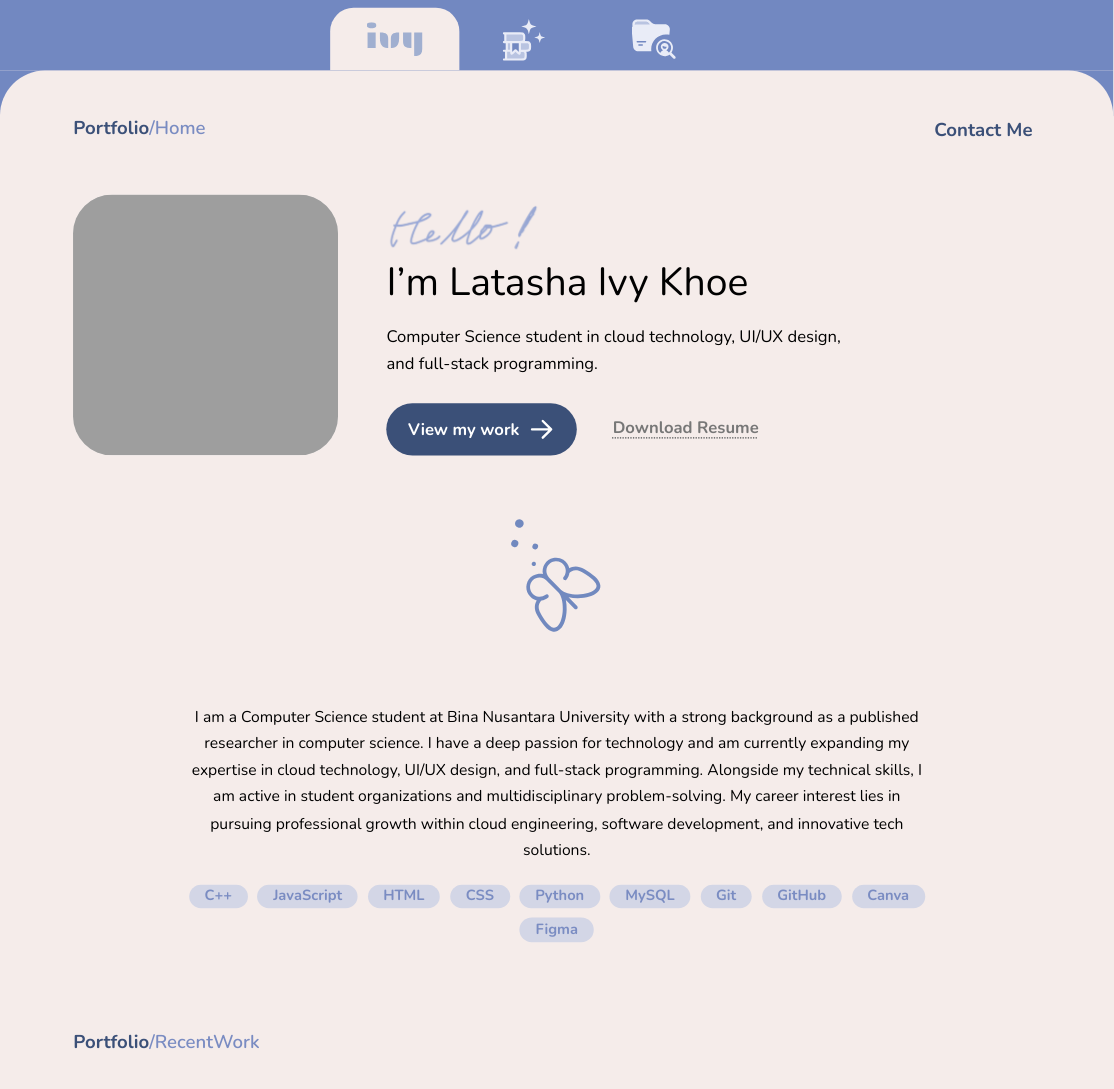
Repository: L-vy/L-vy
Page: /
These files come from the project's save history. The page is drawn as it stood at one moment and after the next save; the edit follows.
The browser window is 1280 px wide. The pictures show the part of the page from y = 0 to 1252 px (the page is 3146 px tall before and 3266 px after), at 87% of full size.
Pictures or frames that could not be fetched are drawn as grey boxes. Some web fonts or font styles are not loaded; a fallback is used. The project was rebuilt for these pictures with package versions that can differ from the ones it lists, and the page was loaded fresh each time. Also part of the build but not shown: vite.config.ts, src/components/ExperienceBinder.tsx, src/components/FolderCard.tsx, src/components/ProjectSidebar.tsx, src/pages/ProjectDetails.tsx.

Above is the page before, as saved 2026-10-07 21:09:48.

### index.html
<!doctype html>
<html lang="en">
  <head>
    <meta charset="UTF-8" />
    <meta name="viewport" content="width=device-width, initial-scale=1.0" />
    <meta name="description" content="Portfolio of Latasha Ivy Khoe, Computer Science student specializing in Cloud Technology, UI/UX design and full-stack development." />
    <meta name="theme-color" content="#7288c1" />
    <link rel="icon" href="/images/ivy-logo.svg" />
    <link rel="preconnect" href="https://fonts.googleapis.com" />
    <link rel="preconnect" href="https://fonts.gstatic.com" crossorigin />
    <link href="https://fonts.googleapis.com/css2?family=Nunito:ital,wght@0,400;0,600;0,700;0,800;1,400&family=Playwrite+US+Modern:wght@100..400&display=swap" rel="stylesheet" />
    <title>Latasha Ivy Khoe | Portfolio</title>
  </head>
  <body>
    <div id="root"></div>
    <script type="module" src="/src/main.tsx"></script>
  </body>
</html>

### src/main.tsx
import { StrictMode } from 'react'
import { createRoot } from 'react-dom/client'
import App from './App'
import './styles.css'
createRoot(document.getElementById('root')!).render(<StrictMode><App /></StrictMode>)

### src/App.tsx
import { BrowserRouter, Route, Routes } from 'react-router-dom'
import Home from './pages/Home'
import ProjectDetails from './pages/ProjectDetails'
import CursorCircle from './components/CursorCircle'
export default function App() {
  return (
    <BrowserRouter>
      <CursorCircle />
      <Routes>
        <Route path="/" element={<Home />} />
        <Route path="/recentworks/:id" element={<ProjectDetails />} />
        <Route path="*" element={<Home />} />
      </Routes>
    </BrowserRouter>
  )
}

### src/styles.css
/* Sizes are authored at design scale (16px = 1rem) and rendered at 75% via html{font-size:75%}. */
:root{--blue:#7288c1;--cream:#f5ecea;--ink:#3b5078;--peri:#7a8cc2;--light:#a9b5e0;--bar:#9fadd1;--pill:#d3d6e6;--panel:#d1d4e3;--ph:#d9d9d9;--txt:#000;--gut:max(3.5rem,calc((100% - 68.75rem)/2 + 3.5rem));color-scheme:light}
html{font-size:75%}
*{box-sizing:border-box}
body{margin:0;background:var(--cream);color:var(--txt);font-family:'Nunito',system-ui,sans-serif;line-height:1.4}
h1,h2,h3,p,ul{margin:0}
ul{padding:0;list-style:none}
a{color:inherit}
button{font-family:inherit;cursor:pointer}
img{max-width:100%}
:focus-visible{outline:3px solid var(--ink);outline-offset:3px}
.fx{font-family:'Playwrite US Modern','Nunito',cursive;font-weight:400}
.nav{position:relative;height:4.5rem;background:var(--blue)}
.nav::after{content:'';position:absolute;left:0;right:0;top:100%;height:2.875rem;background:var(--blue)}
.nav-tabs{max-width:68.75rem;margin:0 auto;height:100%;display:flex;align-items:flex-end;padding-left:28%}
.nav-tab{width:8.25rem;height:4rem;border:0;background:none;color:#e9ecf7;display:grid;place-items:center;padding:0;transition:opacity .25s}
.nav-tab:hover{opacity:.8}
.nav-tab.active{background:var(--cream);border-radius:1.5rem 1.5rem 0 0;color:var(--light);opacity:1}
.nav-tab img{height:2.125rem}
.page{position:relative;z-index:1;background:var(--cream);border-radius:2.875rem 2.875rem 0 0;padding:0 var(--gut)}
.section{padding-top:5.625rem}
.hero{position:relative;padding-top:2.875rem}
.hero-top{display:flex;justify-content:space-between;align-items:center}
.path{font-size:1.1875rem;font-weight:600;color:var(--peri)}
.path b{color:var(--ink);font-weight:700}
.crumb{background:none;border:0;padding:0;font:inherit;color:inherit}
.crumb:hover{text-decoration:underline dotted;text-underline-offset:0.25rem}
.contact-link{background:none;border:0;font-size:1.1875rem;font-weight:700;color:var(--ink)}
.hero-grid{display:grid;grid-template-columns:16.875rem 1fr;gap:3.125rem;align-items:flex-end;margin-top:3.25rem}
.hero-photo{width:100%;max-height: 200px;aspect-ratio:1;object-fit:cover;background:var(--ph);border-radius:2.5rem;transition:transform .3s}
.hero-photo:hover{transform:rotate(-1.2deg) scale(1.015)}
.hello{height:3.375rem;width:auto;display:block}
h1{margin-top:0.25rem;font:400 2.5rem/1.35 'Playwrite US Modern','Nunito',cursive}
.lead{max-width:30rem;font-size:1.0625rem;line-height:1.6;margin-top:0.875rem}
.lead.sm{font-size:0.9375rem;max-width:none;margin-top:1.25rem}
.actions{display:flex;align-items:center;gap:2.25rem;margin-top:1.625rem;flex-wrap:wrap}
.btn{display:inline-flex;align-items:center;gap:0.5rem;background:var(--ink);color:#fff;border:0;border-radius:62.4375rem;padding:0.75rem 1.375rem;font-size:1.0625rem;font-weight:700;transition:transform .25s}
.btn:hover{transform:translateY(-2px)}
.btn.blue{background:var(--blue);font-size:1.1875rem;padding:0.875rem 1.75rem}
.link-dotted{text-decoration:underline dotted;text-underline-offset:0.25rem;font-weight:700}
.link-dotted.grey{color:#777;font-size:1.0625rem}
.butterfly{display:block;margin:4rem auto 0;width:6rem}
.intro{max-width:47.5rem;margin:4.375rem auto 0;text-align:center}
.intro-text{font-size:1rem;line-height:1.7}
.pills{display:flex;flex-wrap:wrap;gap:0.625rem;justify-content:center;margin-top:1.375rem}
.pills.left{justify-content:flex-start}
.pill{border-radius:24rem;padding:0.1rem 1rem;font-weight:700;font-size:0.9375rem;background:var(--pill);color:var(--peri)}
.pill.solid-outline{background:none;border:1.5px solid var(--peri);font-size:1rem}
.reveal{opacity:0;transform:translateY(0.875rem);transition:opacity .6s,transform .6s}
.reveal.in{opacity:1;transform:none}
.fill{height:100%}
.cards{display:grid;grid-template-columns:repeat(4,1fr);gap:1.625rem;margin-top:2.125rem}
.card{display:flex;flex-direction:column;min-width:0}
.card-img{display:block;aspect-ratio:400/420;border-radius:2.25rem;overflow:hidden;background:var(--ph);transition:transform .3s}
.card-img img{width:100%;height:100%;object-fit:cover;display:block}
.card:hover .card-img{transform:rotate(-1.2deg) scale(1.015)}
.card-title{display:flex;justify-content:space-between;align-items:flex-start;gap:0.5rem;margin-top:1rem;color:var(--ink)}
.card-title .icon{flex:none}
.clamp{font-size:1.125rem;font-weight:800;line-height:1.3;color:var(--txt);display:-webkit-box;-webkit-line-clamp:2;-webkit-box-orient:vertical;overflow:hidden}
.card-sum{font-size:0.875rem;line-height:1.5;margin-top:0.375rem}
.card-links{margin-top:0.625rem}
.card-links .link-dotted{color:var(--peri);font-size:0.875rem}
.tabbar{position:relative;background:var(--bar);border-radius:62.4375rem;padding:0.375rem 0.5rem;display:flex;justify-content:center;gap:0.75rem;margin-top:2.125rem;box-shadow:0 0.5rem 0.875rem -0.375rem rgba(60,70,110,.35)}
.tabwrap{position:relative;width:min(9.375rem,22%)}
.tab{width:100%;border:0;border-radius:62.4375rem;padding:0.5rem 0;font-size:1rem;font-weight:700;background:var(--pill);color:#8f9dcf;transition:background .25s,color .25s}
.tab.on{background:#fff;color:var(--ink)}
.pointer{position:absolute;left:50%;bottom:-1.25rem;margin-left:-0.5625rem;border:0.5625rem solid transparent;border-top:0;border-bottom:0.8125rem solid var(--ink)}
.panel{margin-top:2.75rem;background:var(--panel);border-radius:1.375rem;height:30.625rem;box-shadow:0 0.375rem 1rem -0.5rem rgba(60,70,110,.3);transition:background .3s,box-shadow .3s}
.panel.bound{background:transparent;box-shadow:none}
.banner{height:100%;display:flex;flex-direction:column;gap:2.125rem;padding:1.875rem 2.125rem 2.5rem}
.banner-img{flex:1;min-height:0;width:100%;object-fit:cover;background:var(--ph);border-radius:2.25rem;transition:transform .3s}
.banner:hover .banner-img{transform:rotate(-1.2deg) scale(1.015)}
.tx{padding-left:0.4375rem}
.tx h2{font-size:1.625rem;line-height:1.4}
.tx h3{margin-top:2px;font-size:1.1875rem;font-weight:700}
.tx p{margin-top:0.375rem;font-style:italic;font-size:0.9375rem}
.folders{height:100%;display:grid;grid-template-columns:1fr 1fr;gap:1.5rem;padding:1.75rem 2rem}
.folder{--rim:#3b5078;--body:#f3f3f9;background:var(--rim);border-radius:1.875rem;padding:1.5px;display:flex;flex-direction:column;overflow:hidden}
.media{height:11.875rem;margin-bottom:-2.5rem;flex:none;position:relative;overflow:hidden;border-radius:1.78125rem 1.78125rem 0 0;background:var(--ph)}
.media>*{display:block;width:100%;height:100%;object-fit:cover;background:var(--ph);transform:scale(1.06);transition:transform .3s}
.folder:hover .media>*{transform:rotate(-1.2deg) scale(1.1)}
.rest{flex:1;position:relative;z-index:1;background:var(--body);border-radius:0 1.78125rem 1.78125rem 1.78125rem;padding:0 1.375rem 1.125rem;display:flex;flex-direction:column}
.rest .tab{position:absolute;left:0;top:-2.25rem;width:80%;height:2.3125rem;padding:0;border-radius:1.25rem 1.25rem 0 0;background:var(--body)}
.rest .tab::after{content:'';position:absolute;right:-1.25rem;bottom:0;width:1.25rem;height:1.25rem;background:radial-gradient(circle at 100% 0,transparent 1.21875rem,var(--body) 1.25rem)}
.head{position:relative;margin-top:-1.375rem}
.head::before{content:'';float:right;width:24%;height:1rem}
.head b{display:-webkit-box;-webkit-line-clamp:3;-webkit-box-orient:vertical;overflow:hidden;font-size:1.0625rem;font-weight:800;line-height:1.25}
.head span{display:block;font-size:0.9375rem;color:#6f748f;margin-top:2px}
.folder p{margin-top:0.75rem;font-size:0.84375rem;font-style:italic;line-height:1.5;display:-webkit-box;-webkit-line-clamp:4;-webkit-box-orient:vertical;overflow:hidden}
.foot{margin-top:auto;padding-top:0.625rem;display:flex;justify-content:space-between;align-items:center;min-height:2.75rem}
.foot strong{font-size:1.5625rem;line-height:1.3}
.go{display:grid;place-items:center;width:2.5rem;height:2.5rem;border-radius:50%;background:var(--ink);color:#fff;transition:transform .25s}
.go:hover{transform:translate(2px,-2px)}
.exp{position:relative;height:100%}
.plate{position:absolute;left:0;top:0;bottom:0;width:8.125rem;background:#c9cde0;border-radius:1.625rem 0 0 1.625rem;box-shadow:0 0.625rem 1.125rem -0.625rem rgba(60,70,110,.4)}
.rail{position:absolute;left:0;top:4.4375rem;width:3.75rem;height:0;z-index:2}
.rail button{position:absolute;left:0.8125rem;top:calc(var(--i)*4.5rem);width:2.9375rem;height:5.25rem;z-index:calc(var(--i) + 1);border:0;background:var(--c);color:#fff;border-radius:1.125rem 0 0 1.125rem;display:grid;place-items:center;padding:0;transition:left .25s,width .25s}
.rail button:hover,.rail button[aria-selected=true]{left:0.4375rem;width:3.3125rem}
.rail button[aria-selected=true]{z-index:10}
.fcard{--acc:#9fadd1;position:absolute;left:3.75rem;right:0;top:0;bottom:0;background:var(--cream);border:2.5px solid var(--acc);border-radius:1.625rem;box-shadow:0 0.625rem 1.25rem -0.625rem rgba(60,70,110,.4);padding:1.375rem 1.75rem 1.375rem 1.875rem;overflow:hidden;transition:border-color .35s}
.pg{position:relative;height:100%;display:grid;grid-template-columns:1fr 1fr;grid-template-rows:auto 1fr;column-gap:3.5rem;animation:in .4s ease both}
@keyframes in{from{opacity:0;transform:translateY(0.5rem)}to{opacity:1;transform:none}}
.lab{grid-column:1/-1;font-size:0.8125rem}
.col{display:flex;flex-direction:column;min-width:0}
.col.end{align-self:end;padding-bottom:0.625rem}
.t{font-size:1.6875rem;font-weight:800;color:var(--ttl);line-height:1.2;margin-top:1.75rem}
.col.end .t{margin-top:0}
.sub{font-size:1.25rem;color:var(--ttl);margin-top:0.375rem}
.d{font-size:0.875rem;line-height:1.55;margin-top:1rem;font-style:italic}
.h{font-size:0.8125rem;margin:1.375rem 0 0.375rem}
.col ul{padding-left:1.25rem;font-size:0.84375rem;line-height:1.55;list-style:disc}
.stack,.zig{position:relative;margin-top:auto}
.stack{height:8rem}
.zig{margin-top:0.875rem}
.sp{position:absolute;display:block;width:62%;height:7.375rem;object-fit:cover;background:var(--ph);border:1px solid var(--txt);border-radius:1.625rem;transform:rotate(var(--r));transition:transform .3s}
.sp:hover{z-index:9;transform:rotate(calc(var(--r)*-1)) translateY(-0.3125rem) scale(1.03)}
.stack .sp:nth-child(1){--r:-2deg;left:0;top:0.375rem}
.stack .sp:nth-child(2){--r:1.5deg;left:20%;top:0.75rem}
.stack .sp:nth-child(3){--r:-1deg;left:38%;top:0}
.zig .sp{width:70%;height:7.5625rem}
.zig .sp:nth-child(1){--r:1deg;left:0;top:0}
.zig .sp:nth-child(2){--r:-1deg;left:44%;top:7rem}
.zig .sp:nth-child(3){--r:1deg;left:-1%;top:14.125rem}
.p1{left:47%;top:0.5rem;width:29%;height:8.4375rem;--r:1deg}
.p2{left:66%;top:4.875rem;width:27%;height:auto;aspect-ratio:210/297;--r:-1deg}
.contact{text-align:center;padding:5.75rem 0 6.25rem}
.contact h2{font-size:2.25rem;font-weight:400}
.contact b{font-weight:800}
.contact .btn{margin-top:1.375rem}
.footer{background:var(--blue);color:#eef0fa;padding:3.25rem var(--gut) 2.5rem;display:flex;justify-content:space-between;align-items:flex-end;gap:1.875rem;flex-wrap:wrap;min-height:14.375rem}
.footer ul{display:flex;gap:2.75rem;align-self:flex-start}
.ci{display:block;color:#dfe4f6;transition:transform .25s}
.ci:hover,.ci.pulse{transform:translateY(-0.25rem) scale(1.12)}
.footer-by{text-align:right;line-height:2;font-size:1rem}
/* .detail{border-radius:0 0 2.875rem 2.875rem;padding-top:2.875rem;padding-bottom:4.375rem} */
.detail{flex:1;min-width:0;min-height:100vh;border-radius:0 3rem 3rem 0;padding-top:2.875rem;padding-bottom:4.375rem}
.detail-grid{display:grid;grid-template-columns:1fr 1fr;gap:3.5rem;align-items:center;margin-top:2.875rem}
.detail-title{margin:0;font:800 2rem/1.3 'Nunito',sans-serif}
.detail .pills{margin-top:1.375rem}
/* ---------- Project detail: left sidebar ---------- */
.detail-shell{display:flex;min-height:100vh;background:var(--blue)}
.side{position:sticky;top:0;align-self:flex-start;flex:none;width:5.375rem;height:100vh;display:flex;flex-direction:column;padding:6rem 0 9.875rem}

/* step indicators 01–04 */
.steps{align-self:flex-start;display:grid;gap:0.5rem}
.step{display:grid;place-items:center;width:4.3125rem;height:4.4375rem;border-radius:0 1.25rem 1.25rem 0;background:transparent;color:var(--light);font-size:1.2rem;text-decoration:none;transition:opacity .25s}
.step:not(.on):hover{opacity:.8}
.step.on{background:var(--cream);color:var(--light);text-decoration:underline dotted;text-underline-offset:0.375rem}   /* RULE 2 */

/* vertical Previous / Next */
.side-nav{margin-top:3rem;align-self:flex-start;width:4.3125rem;display:flex;flex-direction:column;align-items:center;gap:1.75rem}
.side-btn{writing-mode:vertical-rl;transform:rotate(0deg);color:var(--cream);font-size:1rem;font-weight:600;line-height:1;text-decoration:none;transition:opacity .2s}   /* white by default */
a.side-btn:hover{opacity:.8}
.side-btn.edge{color:var(--light)}   /* RULE 3 */
.meta{margin-bottom:0.875rem;font-size:1.25rem;font-weight:400;color:var(--ink)}
.contrib{margin:1.125rem 0 0.5rem;font:400 0.9375rem 'Playwrite US Modern','Nunito',cursive;color:var(--peri)}
.contrib-list {position: relative;padding-left: 1.25rem;display: grid;gap: 0.75rem;font-size: 0.90625rem;}
.contrib-list::before {content: '';position: absolute;left: 0;top: 0.25rem;bottom: 0.25rem;width: 2px;background-color:var(--light);border-radius: 9999px;}
/* .contrib-list{border-left:3px solid var(--light);border-top-left-radius: 4px;border-bottom-left-radius: 4px;padding-left:0.875rem;display:grid;gap:0.75rem;font-size:0.90625rem} */
/* .contrib-list li{display:flex;gap:0.875rem;align-items:center}
.contrib-list li::before{content:'';width:0.75rem;height:0.75rem;flex:none;border-radius:50%;border:3px solid var(--peri)} */
.detail-links{display:flex;gap:0.75rem;flex-wrap:wrap;margin-top:1.375rem}
/* .detail-links .pill{background:none;border:2px solid var(--light);color:var(--peri);padding:0.375rem 1.25rem;font:400 0.875rem 'Playwrite US Modern','Nunito',cursive;text-decoration:underline dotted;text-underline-offset:0.25rem} */
.detail-links .pill{background:none;border:2px solid var(--light);color:var(--peri);padding:0.375rem 1.25rem;font-family:inherit;font-size:0.9375rem;font-weight:700;text-decoration:underline dotted;text-underline-offset:0.25rem}
.proto{margin:0}
/* .proto img{display:block;width:100%;aspect-ratio:1/1.08;object-fit:cover;background:var(--ph);border:3px solid var(--ink);border-radius:3rem;transition:transform .3s} */
.proto img {  border: 0;  outline: 0;  border-radius: 15px;}
.proto img:hover{transform:rotate(1.2deg) scale(1.015)}
.proto figcaption{text-align:center;font-weight:500;font-size:0.9375rem;color:var(--ink);margin-top:1rem}
/* .pager{background:var(--blue);margin-top:-2.875rem;padding:5.5rem var(--gut) 1.5rem;display:flex;justify-content:center;gap:3.5rem} */
/* .pager-btn{margin-top:-3rem;height:3.25rem;display:grid;place-items:center;color:#fff;font-weight:700;font-size:1.125rem;text-decoration:none;transition:opacity .2s} */
/* .pager-btn.prev{background:var(--cream);color:var(--ink);padding:0 2.125rem;border-radius:0 0 1.5rem 1.5rem}
.pager-btn.off{opacity:.5}
.pager-btn.prev.off{opacity:1;color:var(--light)} */
/* .pager-btn.hang{background:var(--cream);color:var(--ink);padding:0 2.125rem;border-radius:0 0 1.5rem 1.5rem} */
/* .pager-btn.off{opacity:.5} */
/* .pager-btn.hang.off{opacity:1;color:var(--light)} */
.cursor-circle{position:fixed;left:0;top:0;width:4rem;height:4rem;border-radius:50%;background:rgba(114,136,193,.28);pointer-events:none;z-index:50;transform:translate(-6.25rem,-6.25rem) scale(0);transition:transform .18s}
@media (max-width:960px)
{.cards{grid-template-columns:1fr 1fr}.nav-tabs{padding-left:4%}.nav-tab{width:6rem}}
@media (max-width:760px)
{.page{border-radius:1.875rem 1.875rem 0 0;padding:0 1.25rem}.hero-grid,.detail-grid{grid-template-columns:1fr;gap:1.75rem}.hero-photo{max-width:16.25rem}h1{font-size:1.875rem}.detail-title{font-size:1.5625rem}.cards{grid-template-columns:1fr}.tab{font-size:0.75rem}.tabbar{gap:0.375rem}.pointer{display:none}.panel{height:auto}.banner{padding:1.125rem;gap:1.5rem}.banner-img{flex:none;height:11.875rem}.folders{grid-template-columns:1fr;padding:1.125rem}.folder{min-height:23.75rem}.contact h2{font-size:1.6875rem}.footer ul{gap:1.375rem}.footer-by{text-align:left}.plate{display:none}.fcard{position:static;padding:1.25rem 1.125rem;border-radius:1.375rem}.exp{height:auto}.rail{position:static;height:auto;display:flex;gap:0.375rem;padding-left:0.625rem}.rail button,.rail button:hover,.rail button[aria-selected=true]{position:static;width:3.5rem;height:2.875rem;border-radius:0.875rem 0.875rem 0 0}.pg{display:flex;flex-direction:column;gap:0.875rem;height:auto}.col.end{padding:0}.stack,.zig{height:auto;display:grid;gap:0.625rem;margin-top:0.625rem}.pg .sp{position:static;width:100%;height:6.875rem}.pg .p2{height:auto;width:58%;align-self:center}
.detail-shell{flex-direction:column;min-height:0}
.side{position:static;width:auto;height:auto;flex-direction:row;justify-content:space-between;align-items:flex-start;padding:0 1.25rem 1rem}
.steps{display:flex;gap:0.5rem;align-self:flex-start}
.step{width:3rem;height:3rem;font-size:1.25rem;border-radius:0 0 1rem 1rem}
.side-nav{width:auto;flex-direction:row;align-self:center;gap:1.25rem}
.side-btn{writing-mode:horizontal-tb;transform:none;font-size:1rem}
.detail{border-radius:0 0 1.875rem 1.875rem;min-height:0}}

@media (prefers-reduced-motion:reduce){*{transition:none!important;animation:none!important}}

### src/components/Skills.tsx
import { site } from '../data/site'
import Reveal from './Reveal'
export default function Skills() {
  return (
    <Reveal className="intro">
      <p className="intro-text">{site.about}</p>
      <ul className="pills" aria-label="Skills">{site.skills.map(s => <li key={s} className="pill">{s}</li>)}</ul>
    </Reveal>
  )
}

### src/components/RecentWorks.tsx
import { projects } from '../data/projects'
import ProjectCard from './ProjectCard'
import Reveal from './Reveal'
export default function RecentWorks() {
  return (
    <section id="recent-works" className="section">
      <p className="path"><b>Portfolio</b>/RecentWork</p>
      <Reveal className="cards">{projects.slice(0, 4).map(p => <ProjectCard key={p.id} p={p} />)}</Reveal>
    </section>
  )
}

### src/components/ContactSection.tsx
import Icon from './Icon'
import { useGoTo } from './useGoTo'
export default function ContactSection() {
  const go = useGoTo()
  return (
    <section id="contact" className="contact">
      <h2>Interested in <b>Working Together?</b></h2>
      <button className="btn blue" onClick={() => go('contact', true)}>Get in Touch <Icon name="butterfly-cursor" size={34} /></button>
    </section>
  )
}

### src/components/Icon.tsx
export default function Icon({ name, size = 24, raw = false }: { name: string; size?: number; raw?: boolean }) {
  if (raw) return <img className="icon" src={`/icons/${name}.svg`} alt="" width={size} height={size} />
  const mask = `url(/icons/${name}.svg) center / contain no-repeat`
  return <span className="icon" aria-hidden="true" style={{ display: 'inline-block', width: size, height: size, backgroundColor: 'currentColor', WebkitMask: mask, mask }} />
}

### src/components/Reveal.tsx
import { useEffect, useRef, useState, type ReactNode } from 'react'
export default function Reveal({ children, className = '' }: { children: ReactNode; className?: string }) {
  const ref = useRef<HTMLDivElement>(null); const [on, setOn] = useState(false)
  useEffect(() => {
    const io = new IntersectionObserver(([e]) => { if (e.isIntersecting) { setOn(true); io.disconnect() } }, { threshold: 0.1 })
    if (ref.current) io.observe(ref.current); return () => io.disconnect()
  }, [])
  return <div ref={ref} className={`reveal ${on ? 'in' : ''} ${className}`}>{children}</div>
}

Loaded but not shown: src/data/projects.ts (42 lines, source omitted); src/data/background.ts (36 lines, source omitted); src/components/Background.tsx (34 lines, source omitted); src/data/site.ts (17 lines, source omitted); src/components/Navbar.tsx (29 lines, source omitted); src/components/Footer.tsx (20 lines, source omitted); src/pages/Home.tsx (27 lines, source omitted); src/components/Hero.tsx (24 lines, source omitted); src/components/CursorCircle.tsx (17 lines, source omitted); src/components/ProjectCard.tsx (17 lines, source omitted); src/components/useGoTo.ts (13 lines, source omitted)

After the next save:
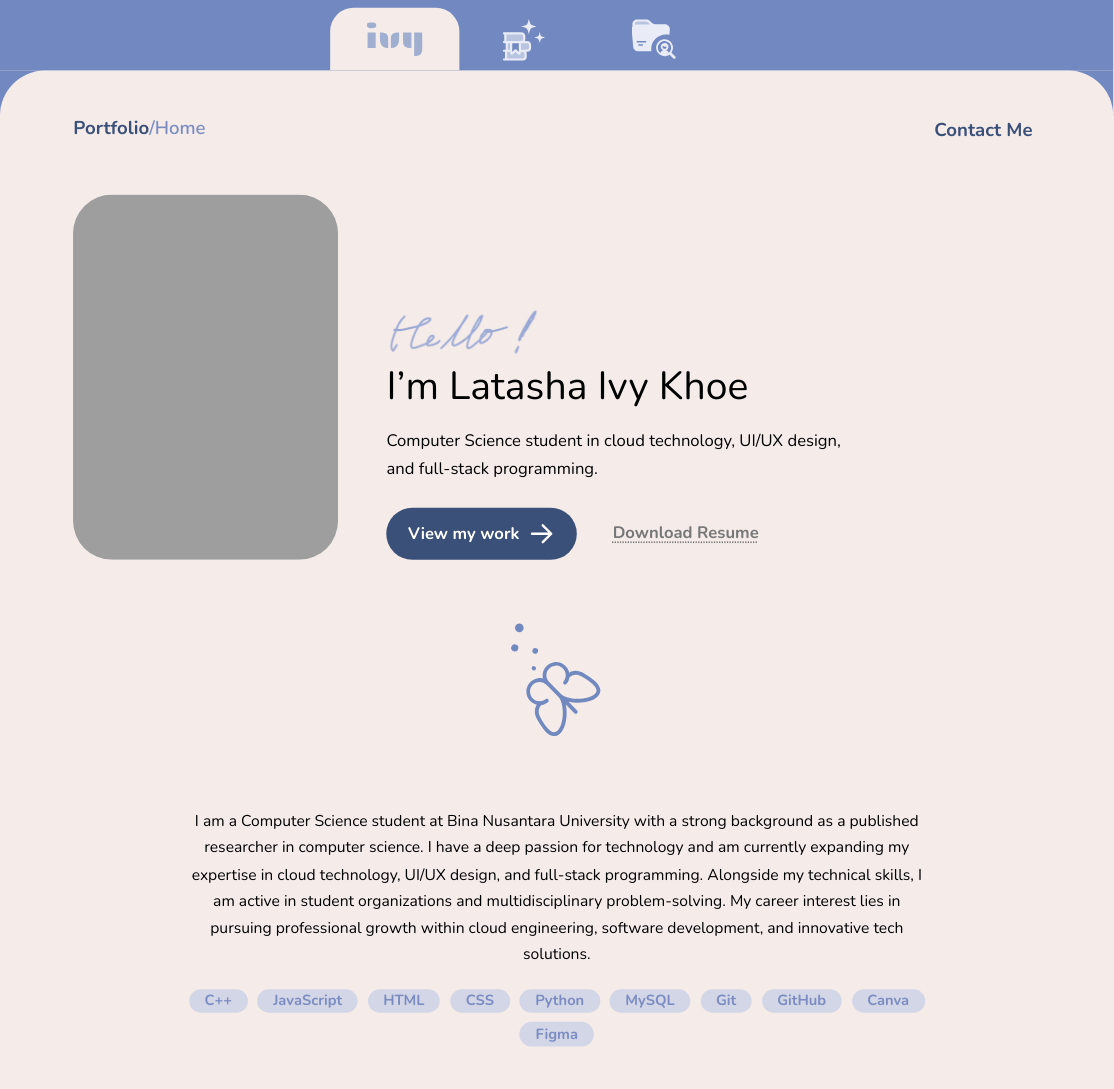
Saved 12 s later.
--- a/src/styles.css
+++ b/src/styles.css
@@ -27,7 +27,7 @@ img{max-width:100%}
 .crumb:hover{text-decoration:underline dotted;text-underline-offset:0.25rem}
 .contact-link{background:none;border:0;font-size:1.1875rem;font-weight:700;color:var(--ink)}
 .hero-grid{display:grid;grid-template-columns:16.875rem 1fr;gap:3.125rem;align-items:flex-end;margin-top:3.25rem}
-.hero-photo{width:100%;max-height: 200px;aspect-ratio:1;object-fit:cover;background:var(--ph);border-radius:2.5rem;transition:transform .3s}
+.hero-photo{width:100%;max-height: 280px;aspect-ratio:1;object-fit:cover;background:var(--ph);border-radius:2.5rem;transition:transform .3s}
 .hero-photo:hover{transform:rotate(-1.2deg) scale(1.015)}
 .hello{height:3.375rem;width:auto;display:block}
 h1{margin-top:0.25rem;font:400 2.5rem/1.35 'Playwrite US Modern','Nunito',cursive}
